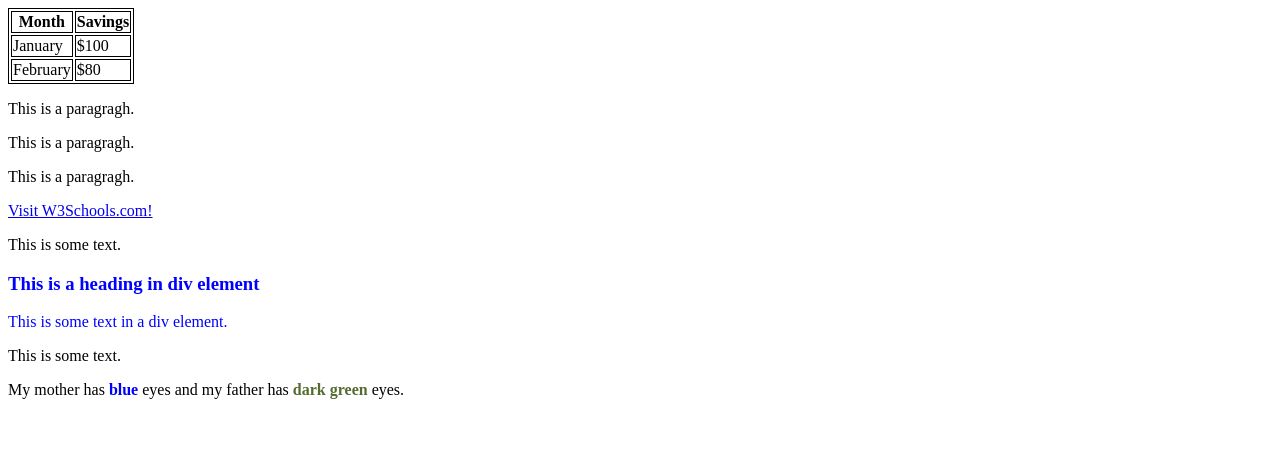
Repository: BaekJiGyeong/JSP
Page: http://localhost/AA_HelloJSP/exercise.jsp
The author's editor kept a copy of each file at every save. The page is drawn from the files as they stood at one save, then again after the next save.
The browser window is 1280 px wide. The pictures show the whole page.
The page is served by Tomcat 9.

Above is the page before, as saved 2016-02-01 12:02:38.

After the next save:
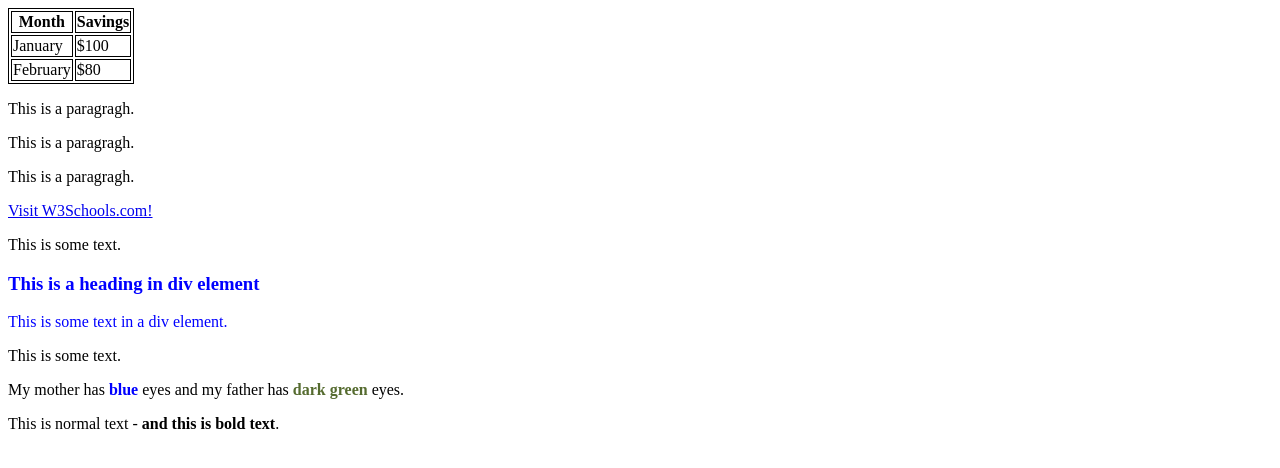
Saved 12 h 12 min later.
--- a/AA_HelloJSP/WebContent/exercise.jsp
+++ b/AA_HelloJSP/WebContent/exercise.jsp
@@ -50,6 +50,8 @@ W3Schools.com!</a>
 	font-weight:bold">dark green</span> eyes.
 </p>
 
+<p>This is normal text - <b>and this is bold text</b>.</p>
+
 
 </body>
 </html>
